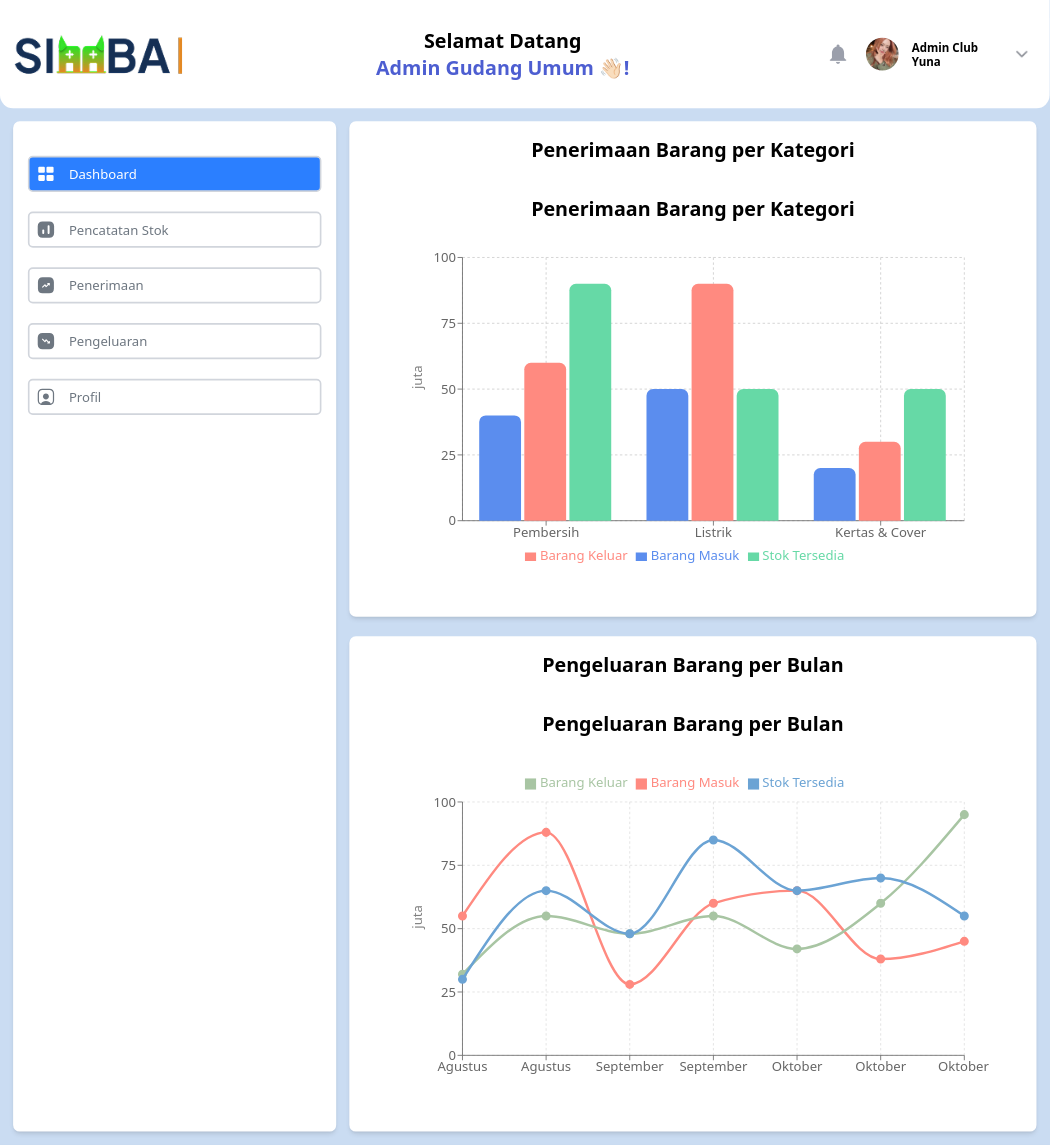
Repository: Gokerwow/inventory-fe
Page: /
An editor plug-in stored every save of this project. The page is shown before and after a run of saves, followed by the edit.
The browser window is 1280 px wide. The pictures show the whole page, at 82% of full size.
The project was rebuilt for these pictures with package versions that can differ from the ones it lists, and the page was loaded fresh each time. Also part of the build but not shown: vite.config.ts, src/pages/stokBarang.tsx, src/pages/penerimaan.tsx, src/pages/pengeluaran.tsx, src/pages/profil.tsx.

Above is the page before, as saved 2025-10-15 16:00:09.

After the next 2 saves:
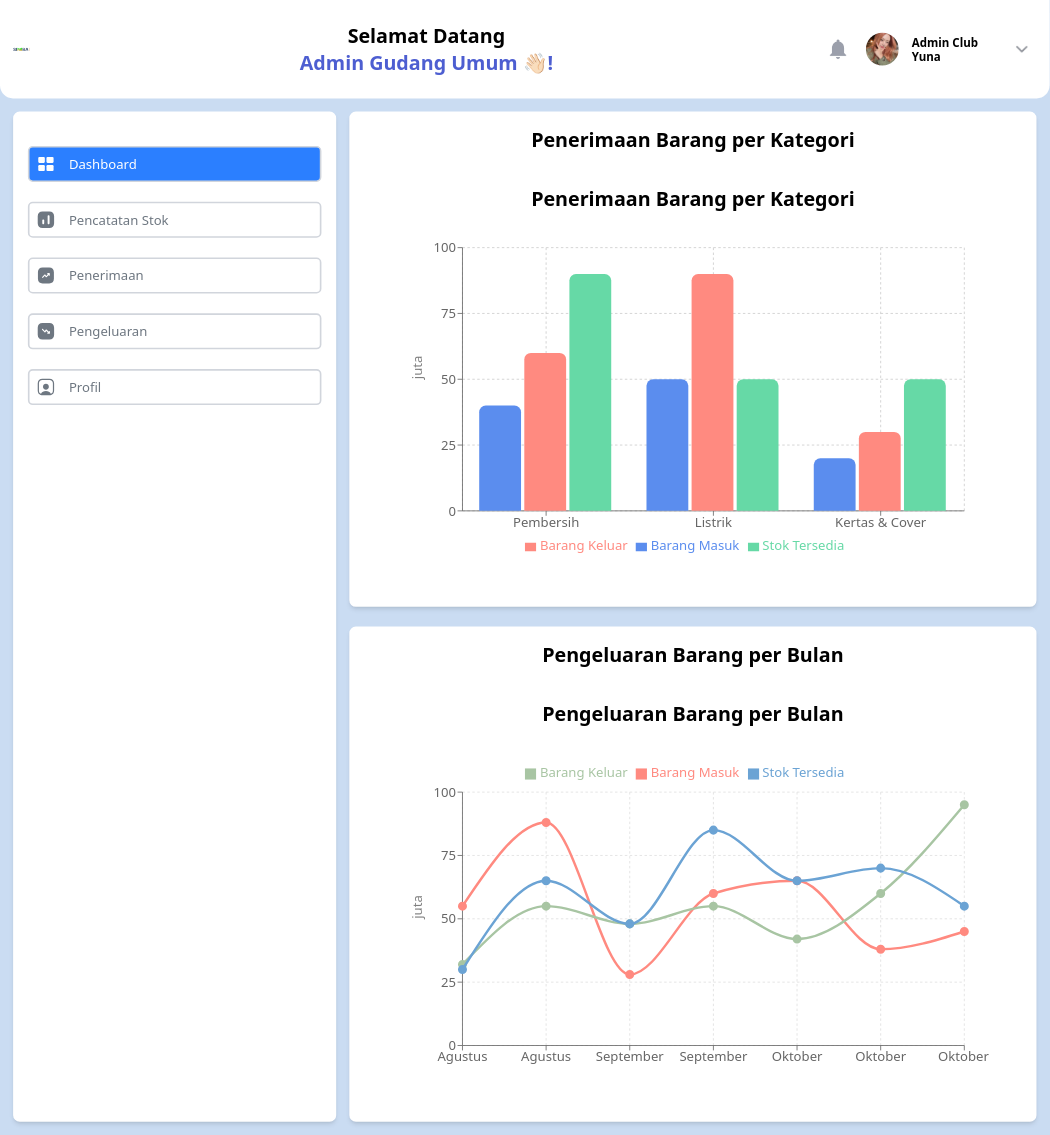
The 2 saves are shown as one change because they came seconds apart.
The last was saved 14 s later.
--- a/src/components/topBar.tsx
+++ b/src/components/topBar.tsx
@@ -8,7 +8,7 @@ export default function TopBar() {
     return (
         <div className="w-full flex items-center justify-between gap-6 py-4 rounded-b-2xl bg-white">
             <div className='p-4'>
-                <img src={SimbaLogo} alt="Simba Logo h-5" />
+                <img src={SimbaLogo} alt="Simba Logo" className='w-5' />
             </div>
             <div className='text-2xl font-bold'>
                 <p className='text-center'>Selamat Datang</p>
